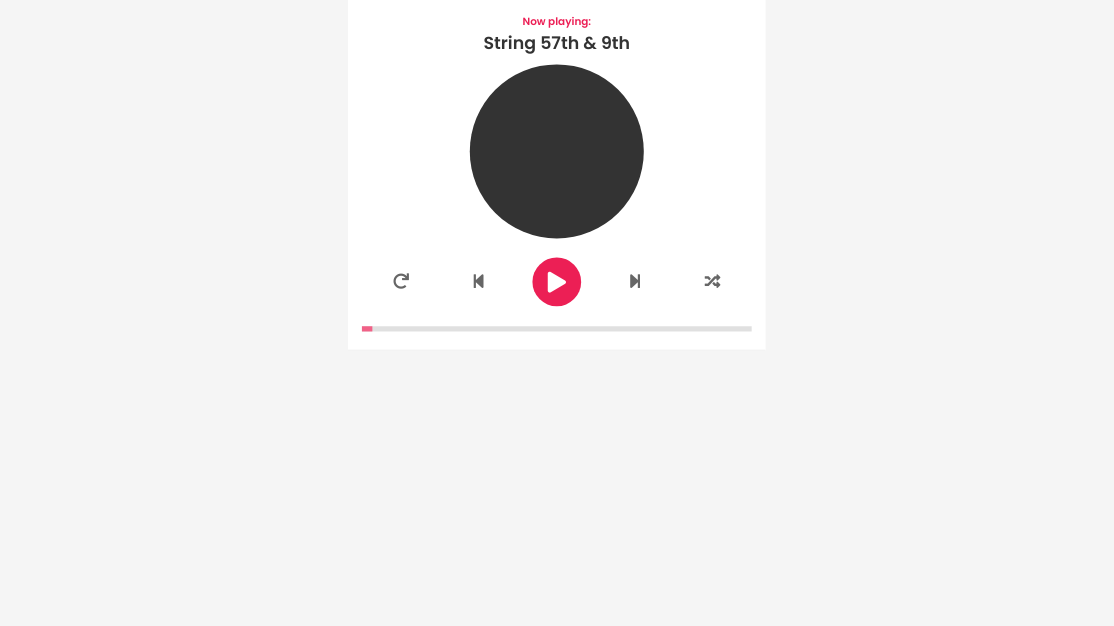
Repository: ChiNg22nd04/MusicPlayer
Page: index.html
The author's editor kept a copy of each file at every save. The page is drawn from the files as they stood at one save, then again after the next save.
The browser window is 1280 px wide. The pictures show the whole page, at 87% of full size.

Above is the page before, as saved 2023-12-29 22:08:08.

After the next save:
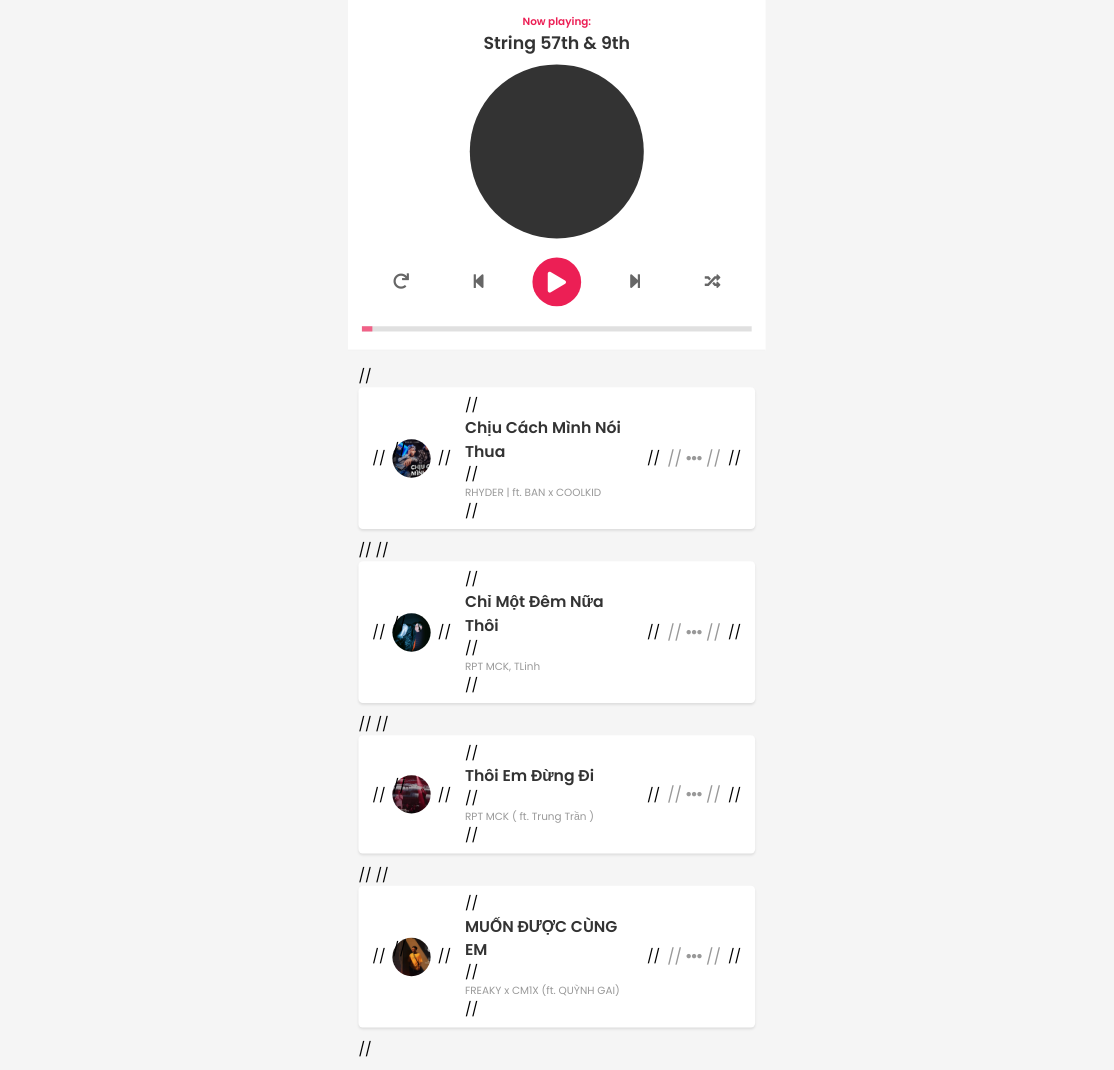
Saved 5 s later.
--- a/index.html
+++ b/index.html
@@ -92,7 +92,20 @@
       ],
       render: function() {
           const htmls = this.listSong.map((song) => {
-            return
+            return `
+              //     <div class="song">
+              //         <div class="thumb"
+              //             style="background-image: url('${song.img}');">
+              //         </div>
+              //         <div class="body">
+              //             <h3 class="title">${song.name}</h3>
+              //             <p class="author">${song.singer}</p>
+              //         </div>
+              //         <div class="option">
+              //             <i class="fas fa-ellipsis-h"></i>
+              //         </div>
+              //     </div>
+              // `
               // return
               // `
               //     <div class="song">
